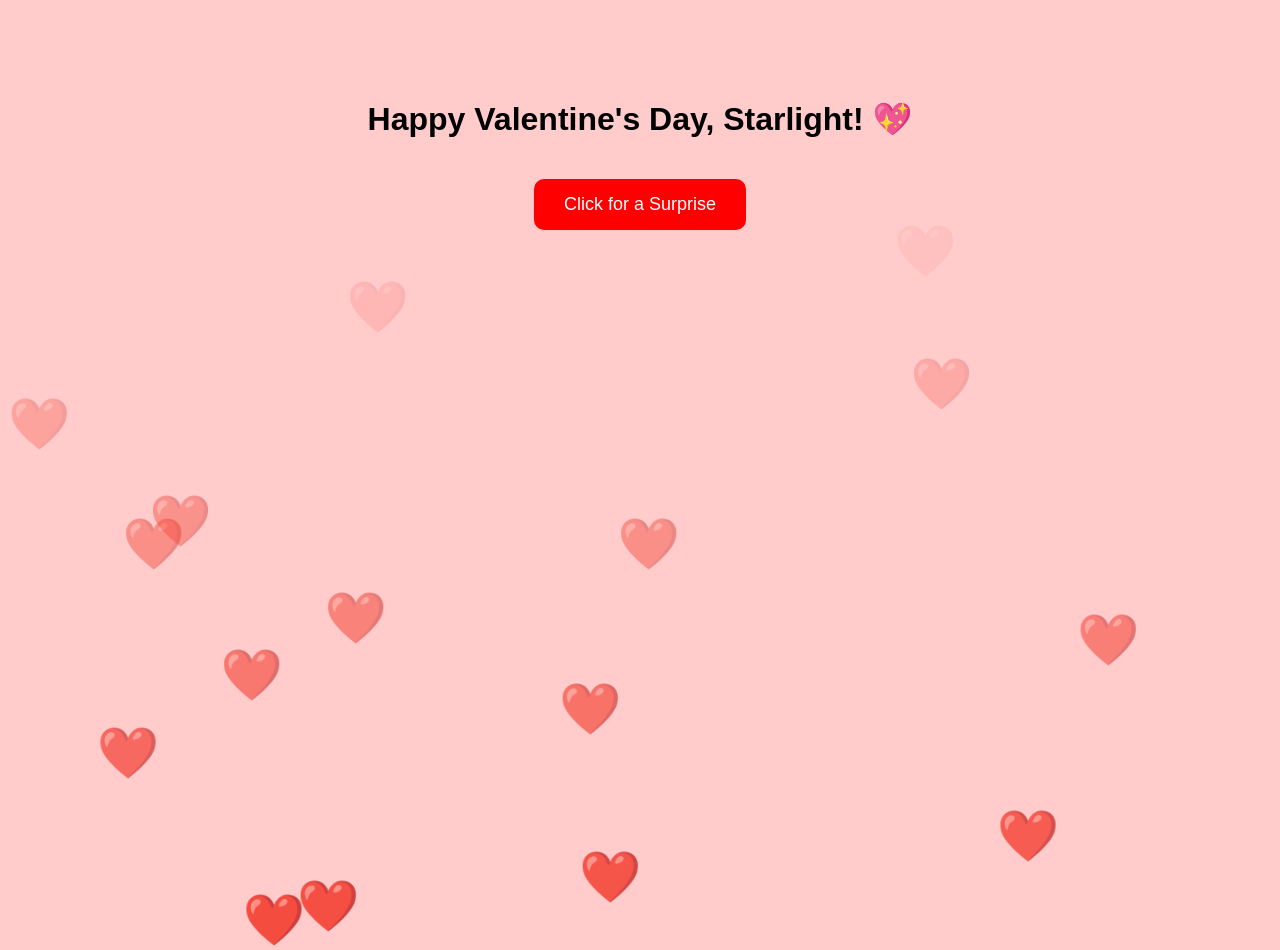
Repository: Jothankato05/Valentine
Page: Valentine/index.html
These files come from the project's save history. The page is drawn as it stood at one moment and after the next save; the edit follows.
The browser window is 1280 px wide. The pictures show the whole page.

Above is the page before, as saved 2025-02-14 14:34:25.

After the next save:
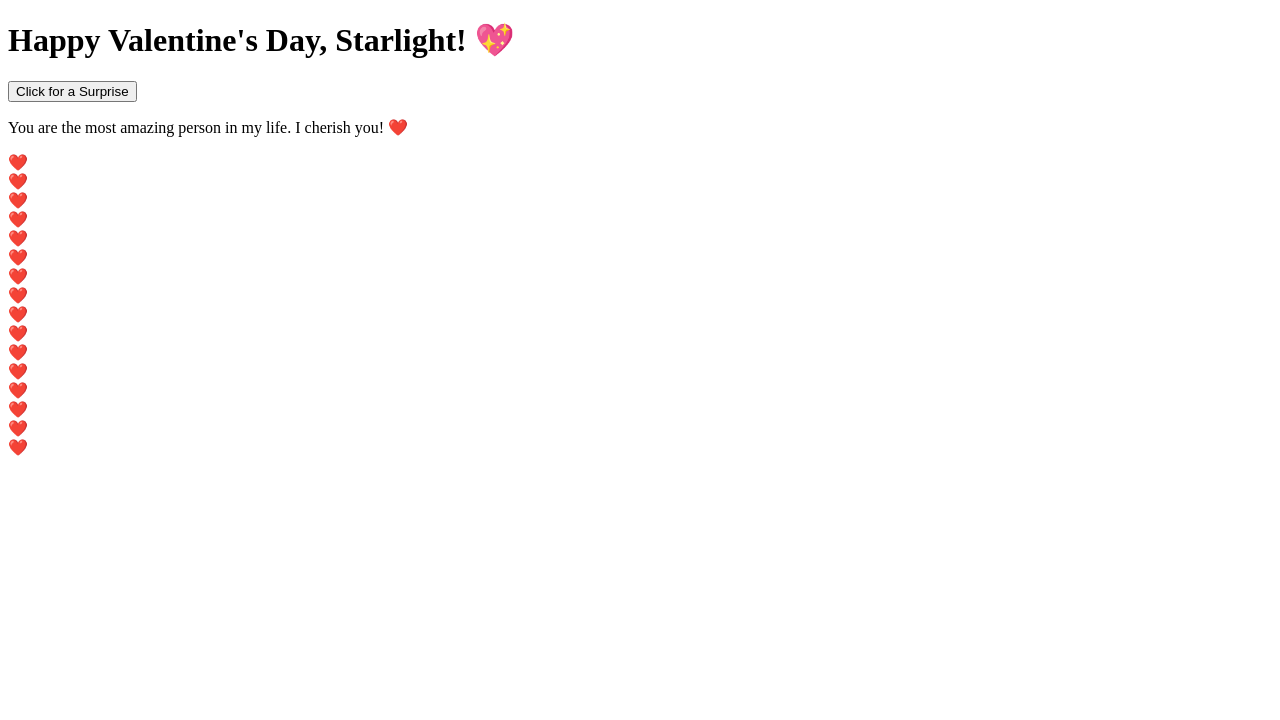
Saved 5 s later.
--- a/Valentine/index.html
+++ b/Valentine/index.html
@@ -5,41 +5,7 @@
     <meta name="viewport" content="width=device-width, initial-scale=1.0">
     <title>Valentine's Surprise for Starlight</title>
     <style>
-        body {
-            background-color: #ffcccb;
-            text-align: center;
-            font-family: 'Arial', sans-serif;
-            overflow: hidden;
-        }
-        .container {
-            margin-top: 100px;
-        }
-        .heart {
-            color: red;
-            font-size: 50px;
-            position: absolute;
-            animation: float 5s linear infinite;
-        }
-        @keyframes float {
-            0% { transform: translateY(100vh); opacity: 1; }
-            100% { transform: translateY(-10vh); opacity: 0; }
-        }
-        #surpriseBtn {
-            background-color: red;
-            color: white;
-            padding: 15px 30px;
-            border: none;
-            font-size: 18px;
-            cursor: pointer;
-            border-radius: 10px;
-            margin-top: 20px;
-        }
-        #message {
-            display: none;
-            font-size: 24px;
-            color: darkred;
-            margin-top: 20px;
-        }
+
     </style>
 </head>
 <body>
